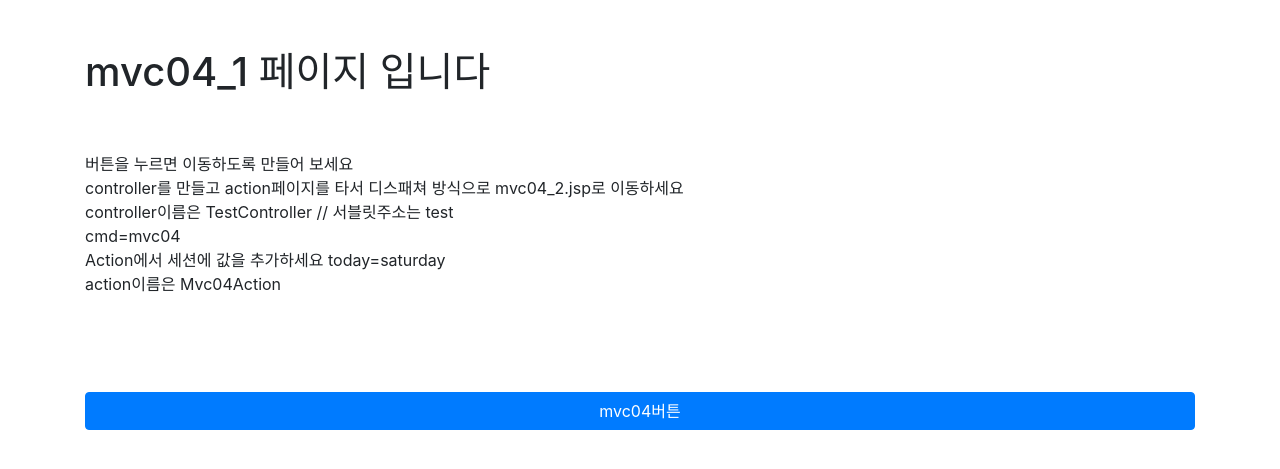
Repository: jaybon1/clone1
Page: http://localhost/sat0613/mvc06_1.jsp
An editor plug-in stored every save of this project. The page is shown before and after the next save, followed by the edit.
The browser window is 1280 px wide. The pictures show the whole page.
The page is served by Tomcat 9.

Above is the page before, as saved 2020-06-10 16:34:40.

After the next save:
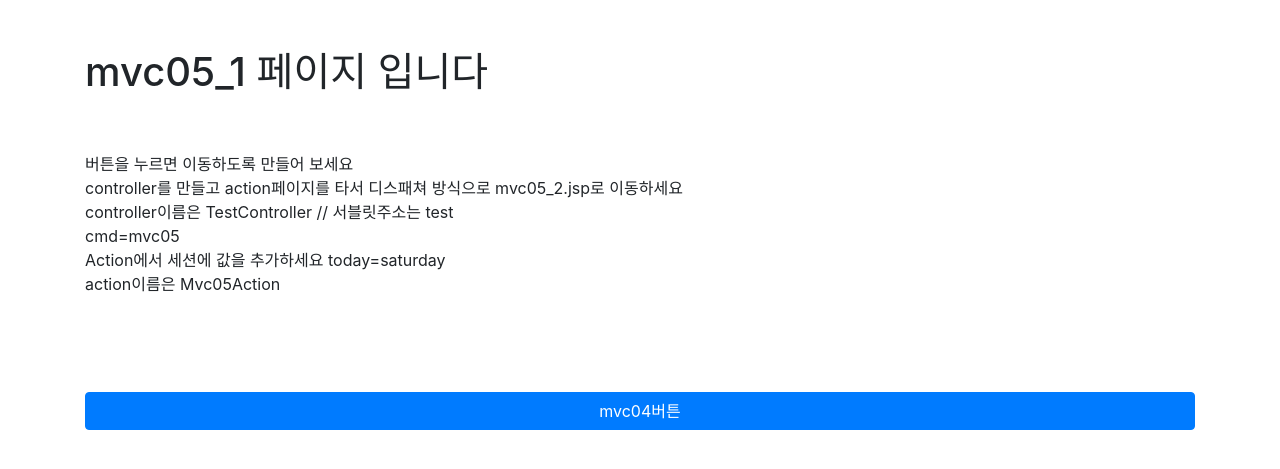
Saved 2 min 55 s later.
--- a/sat0613/WebContent/mvc06_1.jsp
+++ b/sat0613/WebContent/mvc06_1.jsp
@@ -13,15 +13,15 @@
 	<div class="container">
 		<br/>
 		<br/>
-		<h1>mvc04_1 페이지 입니다</h1>
+		<h1>mvc05_1 페이지 입니다</h1>
 		<br/>
 		<br/>
 		<div> 버튼을 누르면 이동하도록 만들어 보세요</div>
-		<div> controller를 만들고 action페이지를 타서 디스패쳐 방식으로 mvc04_2.jsp로 이동하세요</div>
+		<div> controller를 만들고 action페이지를 타서 디스패쳐 방식으로 mvc05_2.jsp로 이동하세요</div>
 		<div> controller이름은 TestController // 서블릿주소는 test</div>
-		<div> cmd=mvc04</div>
+		<div> cmd=mvc05</div>
 		<div> Action에서 세션에 값을 추가하세요  today=saturday</div>
-		<div> action이름은 Mvc04Action</div>
+		<div> action이름은 Mvc05Action</div>
 		<br/>
 		<br/>
 		<br/>
